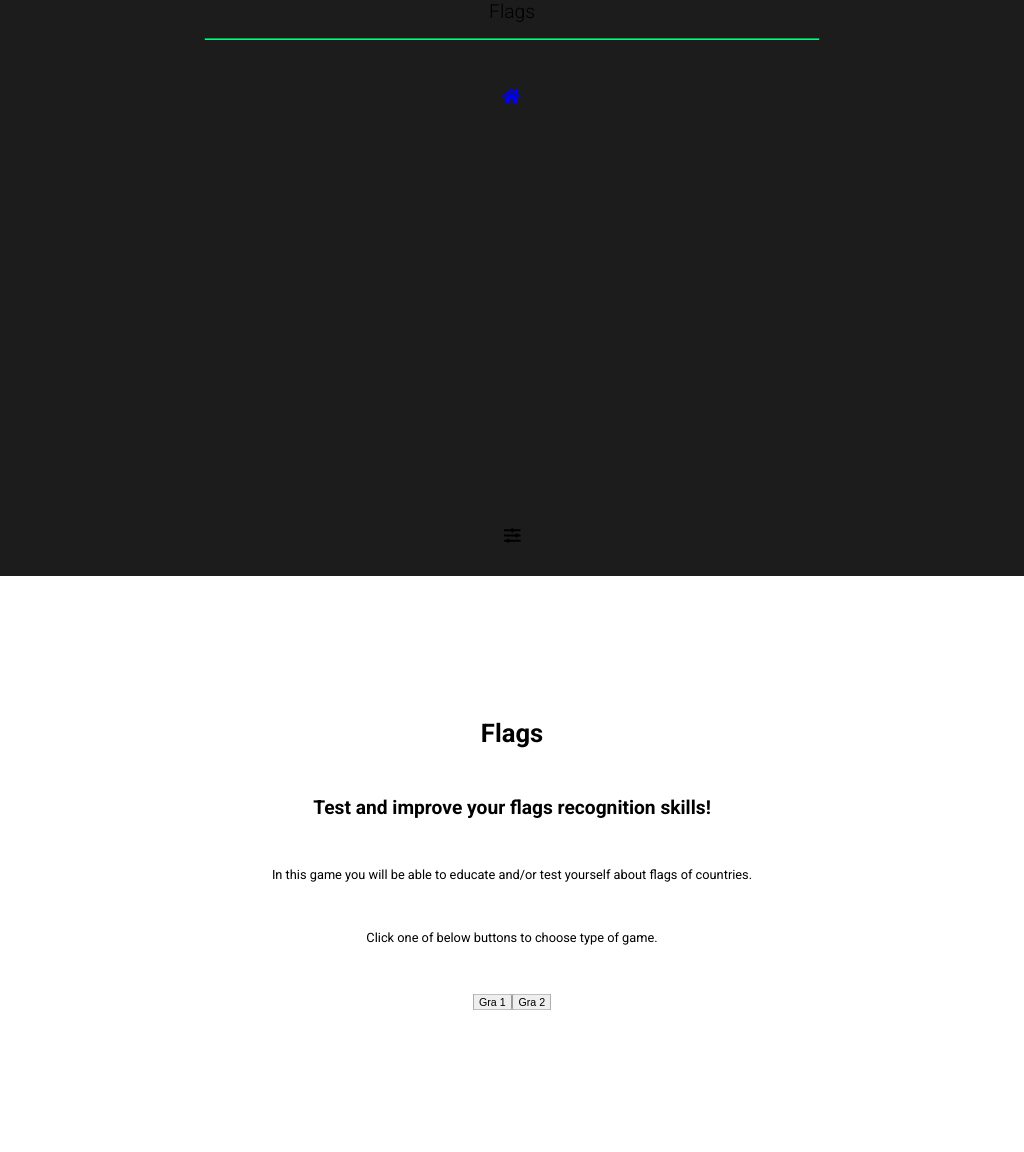
Repository: RXBVK/Flags
Page: /
The author's editor kept a copy of each file at every save. The page is drawn from the files as they stood at one save, then again after the next save.
The browser window is 1280 px wide. The pictures show the whole page, at 80% of full size.
The project was rebuilt for these pictures with package versions that can differ from the ones it lists, and the page was loaded fresh each time.

Above is the page before, as saved 2021-06-29 16:28:54.

After the next save:
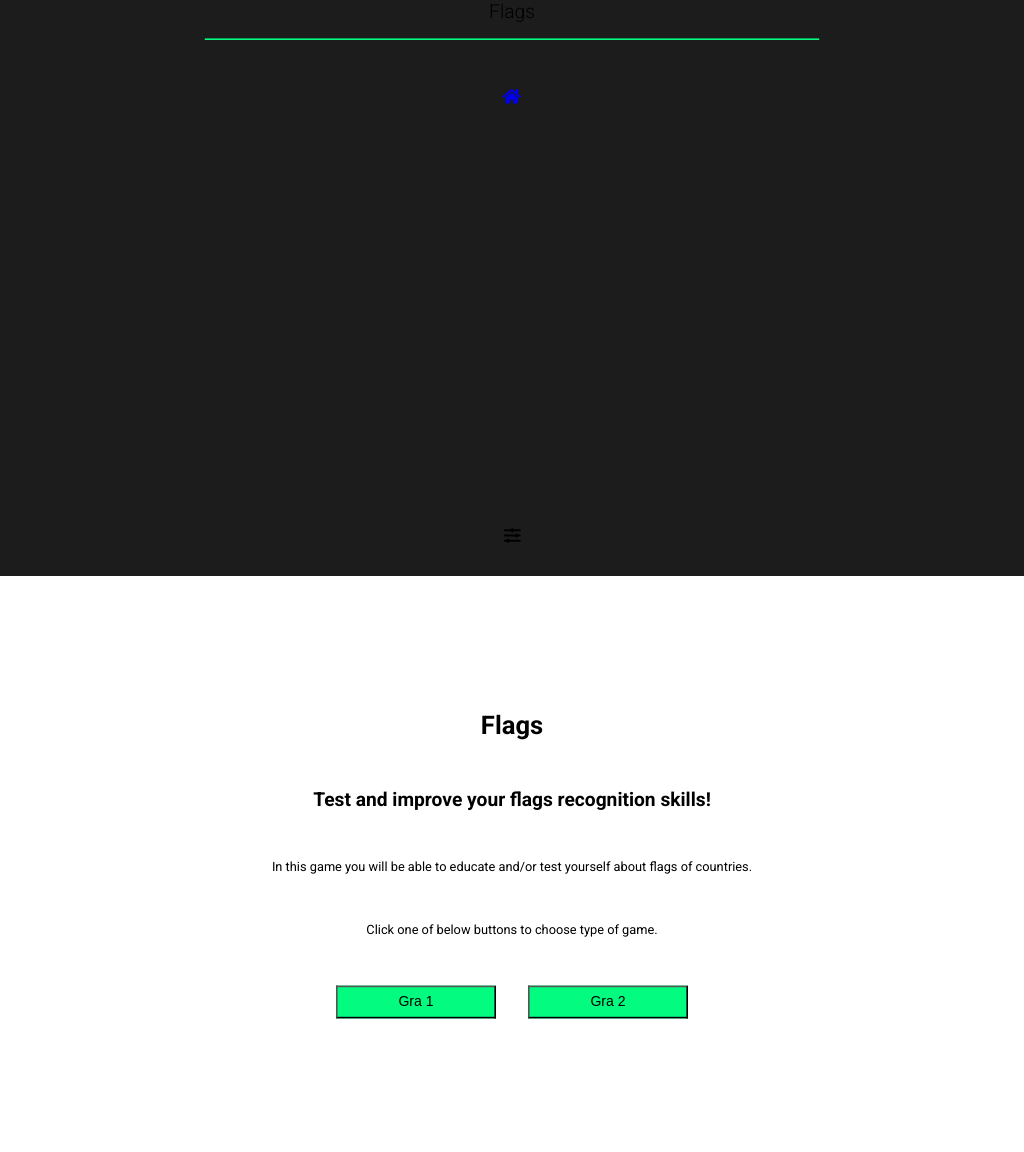
Saved 46 s later.
--- a/src/components/Home/Home.js
+++ b/src/components/Home/Home.js
@@ -11,8 +11,8 @@ export default function Home() {
       </p>
       <p>Click one of below buttons to choose type of game.</p>
       <div>
-        <button>Gra 1</button>
-        <button>Gra 2</button>
+        <button className="button--basic">Gra 1</button>
+        <button className="button--basic">Gra 2</button>
       </div>
     </div>
   );
